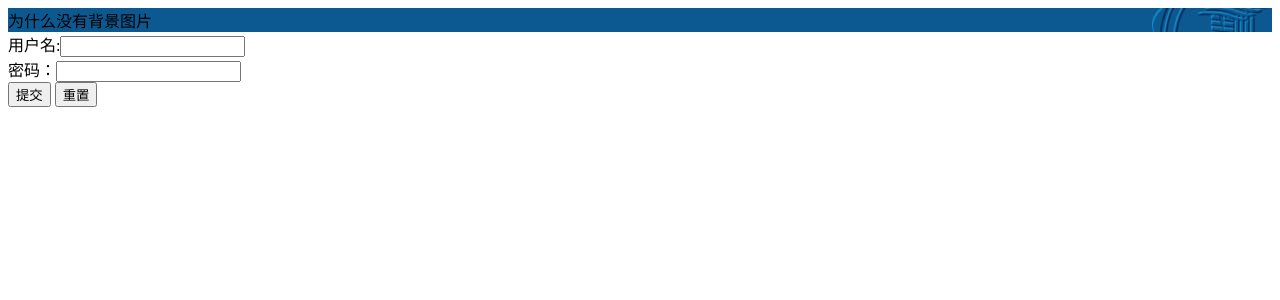
Repository: shunchensaber/Javaweb
Page: Web/WebContent/WebText1.html
The author's editor kept a copy of each file at every save. The page is drawn from the files as they stood at one save, then again after the next save.
The browser window is 1280 px wide. The pictures show the whole page.

Above is the page before, as saved 2019-03-26 08:30:17.

### Web/WebContent/WebText1.html
<!DOCTYPE html>
<html>
<head>
<style type="text/css">
@import url("Myhomepage.css");
</style>
<meta charset="UTF-8">
<title>用户登录</title>
</head>
<body>


<div style="background-image: url('image/header_bg.jpg');width:100%">
为什么没有背景图片
</div>
<form action="" >
用户名:<input type ="text" name = "name">
<br>
密码：<input tyep = "password" name = "password">
<br>
<button type="submmit" name ="subbmit">提交</button>
<button tyoe ="reset" name ="reset">重置</button>
</form>



</body>
</html>

### Web/WebContent/Myhomepage.css
@charset "UTF-8";
#header
{
	background-color: green;
	text-align: center;
	margin: 0px;
	padding: 50px;
	font-family:serif;
	font-size: 90%;
	background-image: url("image/header_bg.jpg");
	background-size: 100% auto;width:100%;height:1024px


}
p.a
{
	font-size: 50px;
	color: white;
	font-family: fantasy;
}
#cont
{
	position: absolute;
	top:20px;
	right:1000px;
	background-image: url(image/bg.jpg);
}

After the next save:
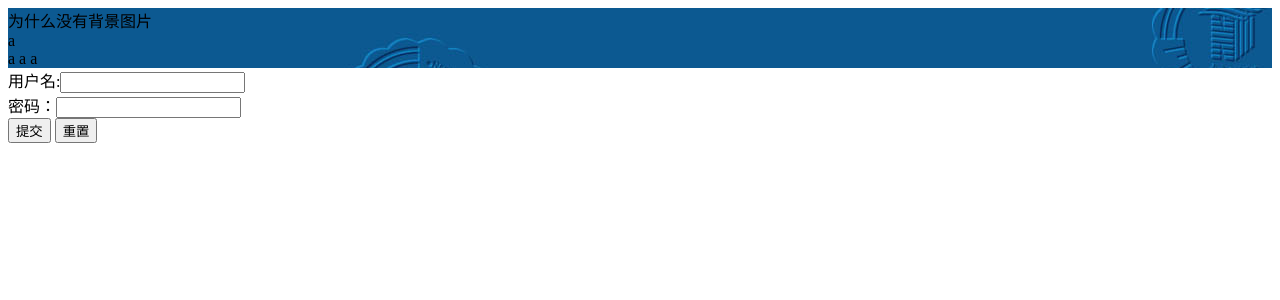
Saved 51 s later.
--- a/Web/WebContent/WebText1.html
+++ b/Web/WebContent/WebText1.html
@@ -12,6 +12,11 @@
 
 <div style="background-image: url('image/header_bg.jpg');width:100%">
 为什么没有背景图片
+<br>
+a<br>
+a
+a
+a
 </div>
 <form action="" >
 用户名:<input type ="text" name = "name">
